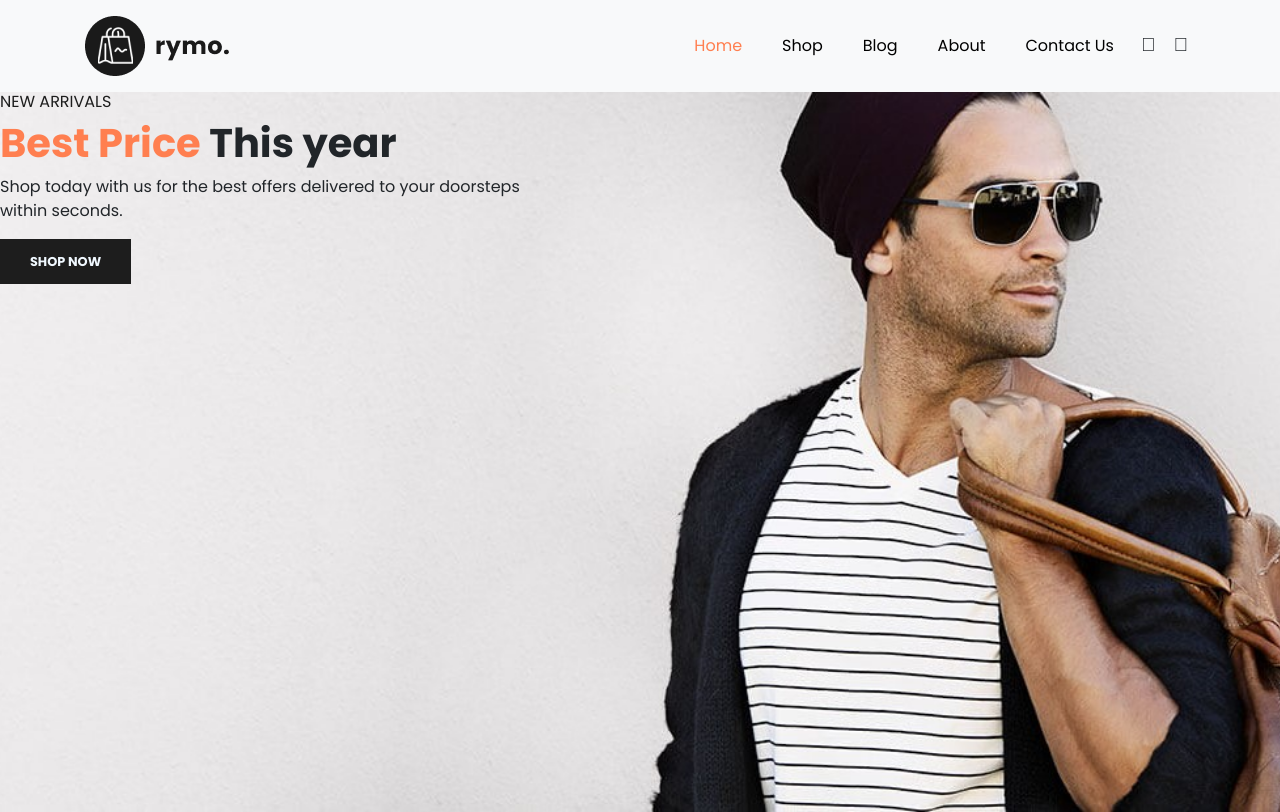
Repository: peter417waweru/e-commerce-UI
Page: index.html
These files come from the project's save history. The page is drawn as it stood at one moment and after the next save; the edit follows.
The browser window is 1280 px wide. The pictures show the whole page.
Some web libraries are served in a nearby version.

Above is the page before, as saved 2025-02-07 19:10:07.

After the next save:
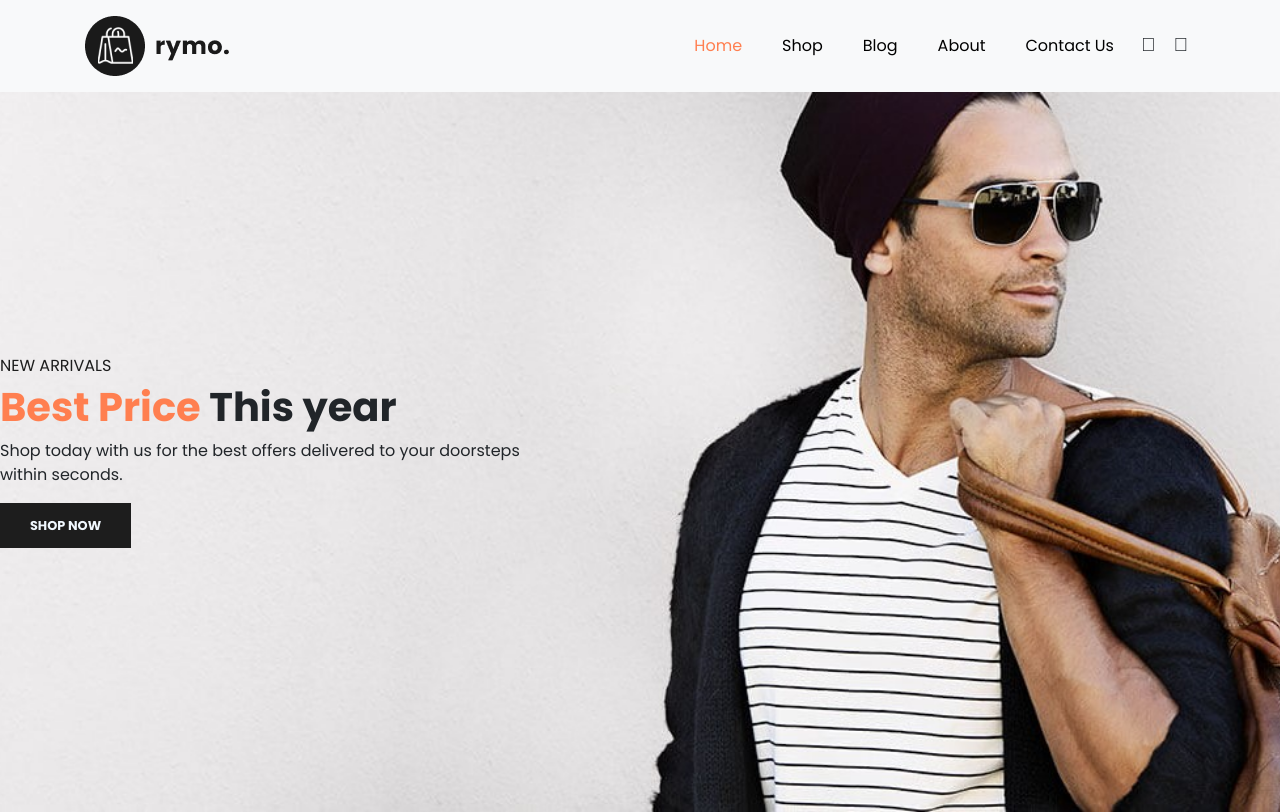
Saved 2 min 46 s later.
--- a/style.css
+++ b/style.css
@@ -93,6 +93,11 @@ hr {
   height: 100vh;
   background-size: cover;
   background-position: top center;
+  display: flex;
+  flex-direction: column;
+  align-items: flex-start;
+  justify-content: center;
+
 }
 
 #home span{
